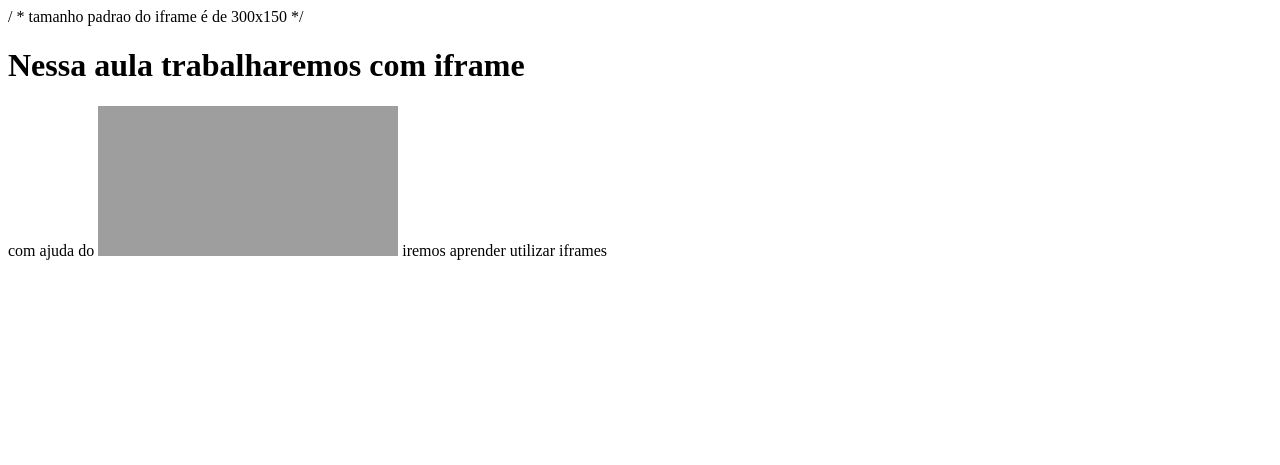
Repository: Lucianorodriguesdev/cursoHTML-CSS
Page: ex024/iframe.html
These files come from the project's save history. The page is drawn as it stood at one moment and after the next save; the edit follows.
The browser window is 1280 px wide. The pictures show the whole page.
Pictures or frames that could not be fetched are drawn as grey boxes.

Above is the page before, as saved 2026-06-24 13:24:24.

After the next save:
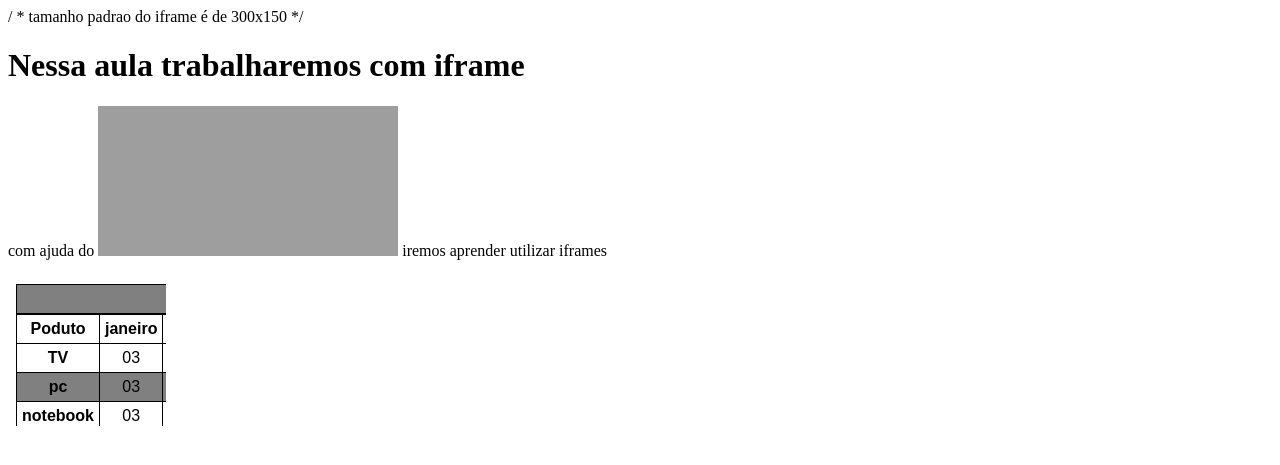
Saved 21 min 21 s later.
--- a/ex024/iframe.html
+++ b/ex024/iframe.html
@@ -11,5 +11,6 @@
         Nessa aula trabalharemos com iframe
     </h1>
     <p> com  ajuda do <iframe src="https://www.cursoemvideo.com" frameborder="0"></iframe> iremos aprender utilizar iframes</p>
+    <iframe src="responsividade-tabela.html" frameborder="0"></iframe>
 </body>
 </html>
